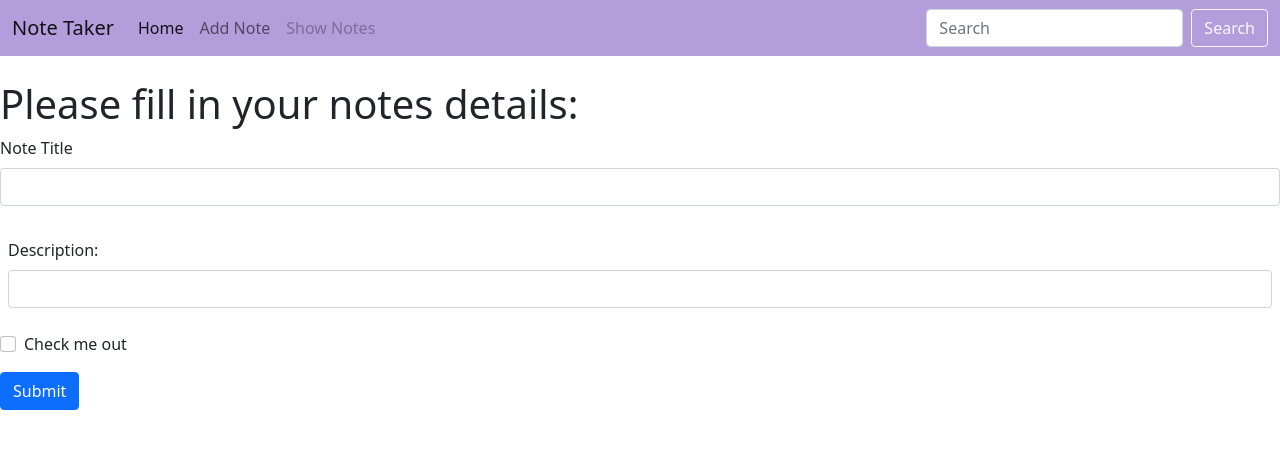
Repository: Tanmoy4672/Hibernate
Page: http://localhost/NoteTaker/add_notes.jsp
The author's editor kept a copy of each file at every save. The page is drawn from the files as they stood at one save, then again after the next save.
The browser window is 1280 px wide. The pictures show the whole page.
The page is served by Tomcat 9.

Above is the page before, as saved 2021-12-16 06:14:41.

After the next save:
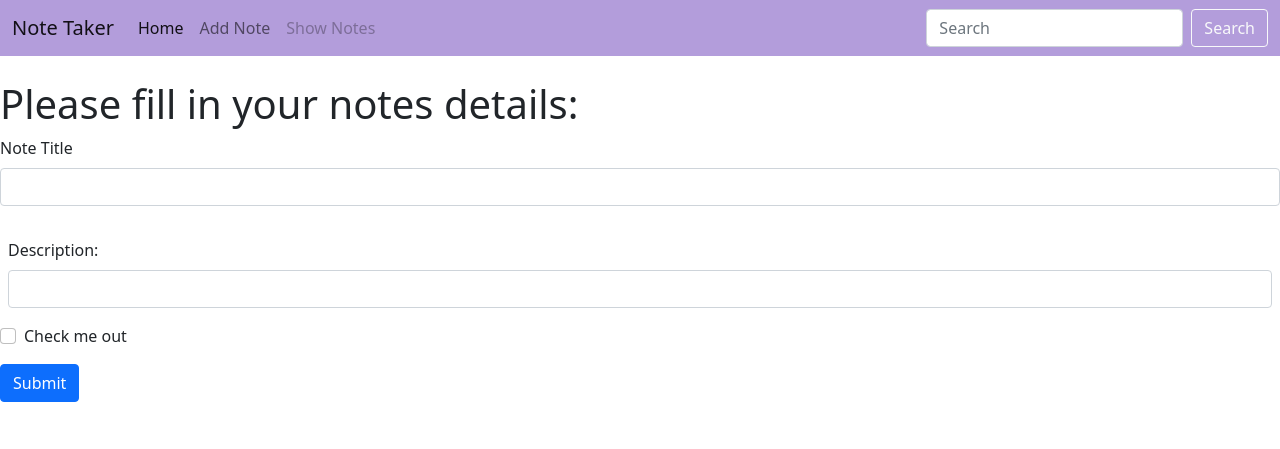
Saved 19 s later.
--- a/NoteTaker/src/main/webapp/add_notes.jsp
+++ b/NoteTaker/src/main/webapp/add_notes.jsp
@@ -23,7 +23,7 @@
 				id="exampleInputEmail1" aria-describedby="emailHelp">
 			<br>
 		</div>
-		<div class="mb-3 p-2">
+		<div class="mb-3 m-2">
 			<label for="exampleInputPassword1" class="form-label">Description:</label>
 			<input type="text" class="form-control"
 				id="exampleInputPassword1">
